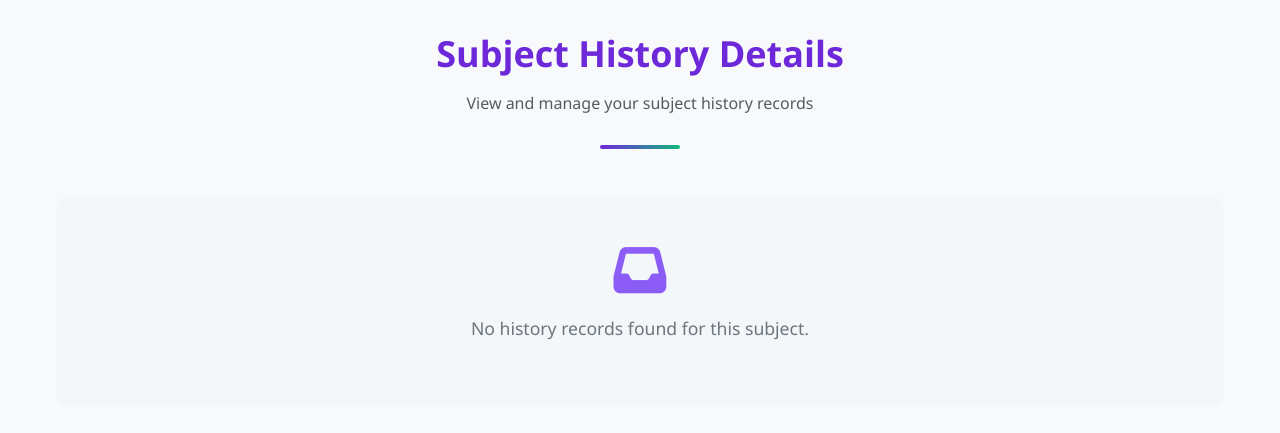
Repository: krishgobi/MedicoApp
Page: templates/subject_history_details.html
These files come from the project's save history. The page is drawn as it stood at one moment and after the next save; the edit follows.
The browser window is 1280 px wide. The pictures show the whole page.
The page is served by the project's application, run on Flask 3 (chatbot_gemini_backend.py). The template is opened directly, without the code that normally fills it, so the values that code supplies are empty.

Above is the page before, as saved 2025-06-24 14:53:41.

After the next save:
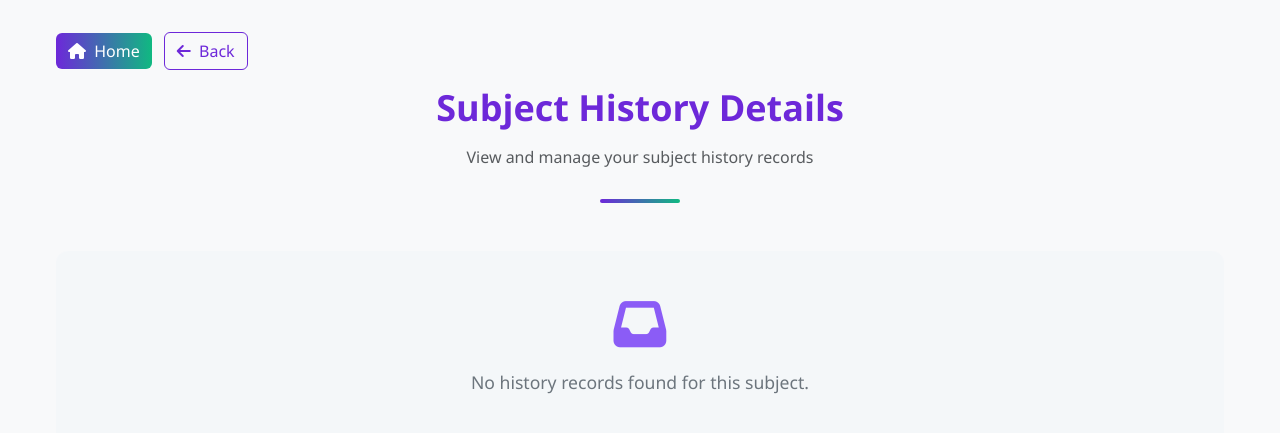
Saved 6 min 17 s later.
--- a/templates/subject_history_details.html
+++ b/templates/subject_history_details.html
@@ -266,6 +266,17 @@
 </head>
 <body>
     <div class="main-container">
+        <div class="d-flex justify-content-between align-items-center mb-3">
+            <div>
+                <a href="/dashboard" class="btn btn-primary me-2" style="background: linear-gradient(90deg, var(--primary) 0%, var(--secondary) 100%); border: none;">
+                    <i class="fas fa-home me-1"></i> Home
+                </a>
+                <button onclick="window.history.back()" class="btn btn-outline-secondary" style="border-color: var(--primary); color: var(--primary);">
+                    <i class="fas fa-arrow-left me-1"></i> Back
+                </button>
+            </div>
+        </div>
+
         <div class="page-header">
             <h1>Subject History Details</h1>
             <p class="text-muted">View and manage your subject history records</p>
